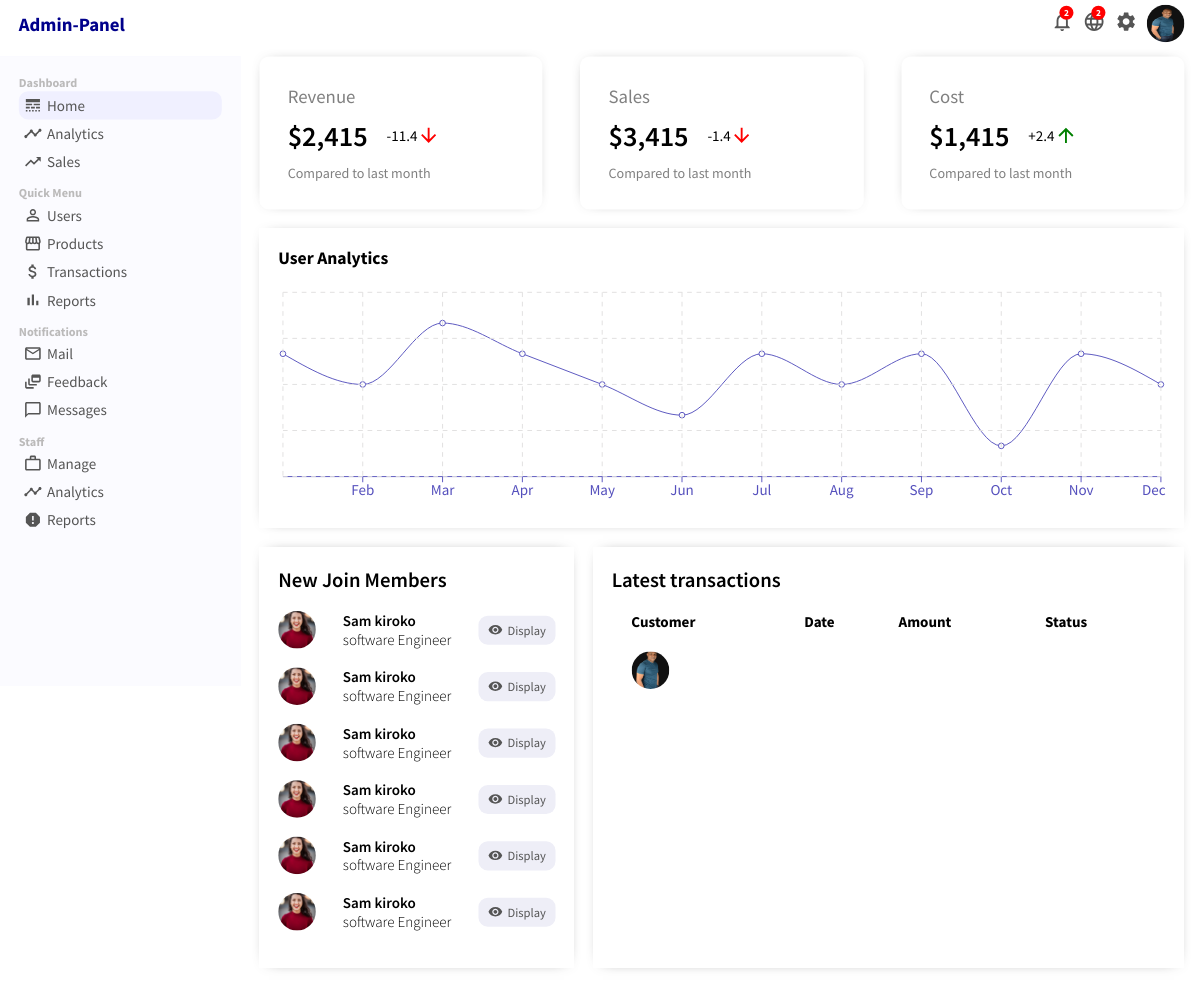
Repository: Samkiroko/admin-panel-ui
Page: /newUser
The author's editor kept a copy of each file at every save. The page is drawn from the files as they stood at one save, then again after the next save.
The browser window is 1280 px wide. The pictures show the whole page, at 94% of full size.
The project was rebuilt for these pictures with package versions that can differ from the ones it lists, and the page was loaded fresh each time.

Above is the page before, as saved 2021-09-22 22:12:30.

### public/index.html
<!DOCTYPE html>
<html lang="en">
  <head>
    <meta charset="utf-8" />

    <meta name="viewport" content="width=device-width, initial-scale=1" />
    <meta name="theme-color" content="#000000" />
    <meta
      name="description"
      content="Web site created using create-react-app"
    />
    <link rel="preconnect" href="https://fonts.googleapis.com" />
    <link rel="preconnect" href="https://fonts.gstatic.com" crossorigin />
    <link
      href="https://fonts.googleapis.com/css2?family=Source+Sans+Pro:wght@200;300;400;600;700;900&display=swap"
      rel="stylesheet"
    />

    <style>
      * {
        font-family: "Source Sans Pro", sans-serif;
        margin: 0;
      }
    </style>
    <title>React admin panel</title>
  </head>

  <body>
    <noscript>You need to enable JavaScript to run this app.</noscript>
    <div id="root"></div>
  </body>
</html>

### src/App.js
import Sidebar from './components/sidebar/Sidebar'
import Topbar from './components/topbar/Topbar'
import './app.css'
import Home from './pages/home/Home'

function App() {
  return (
    <div className='App'>
      <Topbar />
      <div className='container'>
        <Sidebar />
        <Home />
      </div>
    </div>
  )
}

export default App

### src/components/sidebar/Sidebar.js
import {
  LineStyle,
  Timeline,
  TrendingUp,
  PermIdentity,
  Storefront,
  AttachMoney,
  BarChart,
  MailOutline,
  DynamicFeed,
  ChatBubbleOutline,
  WorkOutline,
  Report,
} from '@material-ui/icons'
import React from 'react'
import './sidebar.css'

const Sidebar = () => {
  return (
    <div className='sidebar'>
      <div className='sidebarWrapper'>
        <div className='sidebarMenu'>
          <h3 className='sidebarTitle'>Dashboard</h3>
          <ul className='sidebarList'>
            <li className='sidebarListItem active'>
              <LineStyle className='sidebarIcon' />
              Home
            </li>

            <li className='sidebarListItem'>
              <Timeline className='sidebarIcon' />
              Analytics
            </li>
            <li className='sidebarListItem'>
              <TrendingUp className='sidebarIcon' />
              Sales
            </li>
          </ul>
        </div>
        <div className='sidebarMenu'>
          <h3 className='sidebarTitle'>Quick Menu</h3>
          <ul className='sidebarList'>
            <li className='sidebarListItem'>
              <PermIdentity className='sidebarIcon' />
              Users
            </li>

            <li className='sidebarListItem'>
              <Storefront className='sidebarIcon' />
              Products
            </li>

            <li className='sidebarListItem'>
              <AttachMoney className='sidebarIcon' />
              Transactions
            </li>
            <li className='sidebarListItem'>
              <BarChart className='sidebarIcon' />
              Reports
            </li>
          </ul>
        </div>
        <div className='sidebarMenu'>
          <h3 className='sidebarTitle'>Notifications</h3>
          <ul className='sidebarList'>
            <li className='sidebarListItem'>
              <MailOutline className='sidebarIcon' />
              Mail
            </li>
            <li className='sidebarListItem'>
              <DynamicFeed className='sidebarIcon' />
              Feedback
            </li>
            <li className='sidebarListItem'>
              <ChatBubbleOutline className='sidebarIcon' />
              Messages
            </li>
          </ul>
        </div>
        <div className='sidebarMenu'>
          <h3 className='sidebarTitle'>Staff</h3>
          <ul className='sidebarList'>
            <li className='sidebarListItem'>
              <WorkOutline className='sidebarIcon' />
              Manage
            </li>
            <li className='sidebarListItem'>
              <Timeline className='sidebarIcon' />
              Analytics
            </li>
            <li className='sidebarListItem'>
              <Report className='sidebarIcon' />
              Reports
            </li>
          </ul>
        </div>
      </div>
    </div>
  )
}

export default Sidebar

### src/components/topbar/Topbar.js
import React from 'react'
import './topbar.css'
import { Language, NotificationsNone, Settings } from '@material-ui/icons'
import avatar from '../../images/sam_pic.jpeg'
const Topbar = () => {
  return (
    <div className='topbar'>
      <div className='topbarWrapper'>
        <div className='topLeft'>
          <span className='logo'>Admin-Panel</span>
        </div>
        <div className='topRight'>
          <div className='topbarIconContainer'>
            <NotificationsNone />
            <span className='topIconBadge'>2</span>
          </div>
          <div className='topbarIconContainer'>
            <Language />
            <span className='topIconBadge'>2</span>
          </div>
          <div className='topbarIconContainer'>
            <Settings />
          </div>
          <img src={avatar} alt='avatar' className='topAvatar' />
        </div>
      </div>
    </div>
  )
}

export default Topbar

### src/app.css
.container {
    display: flex;
    margin-top: 10px;
}

.link {
    text-decoration: none;
    color: inherit;
}

### src/pages/home/Home.js
import React from 'react'
import Chart from '../../components/chart/Chart'
import FeatureInfo from '../../components/featuredInfo/FeatureInfo'
import './home.css'
import { userData } from '../../dummyData'
import WidgetLg from '../../components/widgetLg/WidgetLg'
import WidgetSm from '../../components/widgetSm/WidgetSm'

const Home = () => {
  return (
    <div className='home'>
      <FeatureInfo />
      <Chart data={userData} title='User Analytics' grid dataKey='Active User' />
      <div className='homeWidgets'>
        <WidgetSm />
        <WidgetLg />
      </div>
    </div>
  )
}

export default Home

### src/components/sidebar/sidebar.css
.sidebar {
    flex: 1;
    height: calc(100vh - 50px);
    background-color: rgb(251, 251, 255);
    position: sticky;
    top: 50px;
}

.sidebarWrapper {
    padding: 20px;
    color: #555;
}

.sidebarMenu {
    margin-bottom: 10px;
}

.sidebarTitle {
    font-size: 13px;
    color: rgb(187, 186, 186);
}

.sidebarList {
    list-style: none;
    padding: 0;
}

.sidebarListItem {
    padding: 5px;
    cursor: pointer;
    display: flex;
    align-items: center;
    border-radius: 10px;
}

.sidebarListItem.active,
.sidebarListItem:hover {
    background-color: rgb(240, 240, 255);
}

.sidebarIcon {
    margin-right: 5px;
    font-size: 20px !important;
}

### src/components/topbar/topbar.css
.topbar {
    width: 100%;
    height: 50px;
    background-color: white;
    position: sticky;
    top: 0;
    z-index: 999;
}

.topbarWrapper {
    height: 100%;
    padding: 0px 20px;
    display: flex;
    align-items: center;
    justify-content: space-between;
}

.logo {
    font-weight: bold;
    font-size: 20px;
    color: darkblue;
    cursor: pointer;
}

.topbarIconContainer {
    position: relative;
    align-items: center;
    margin-right: 10px;
    color: #555;
}

.topIconBadge {
    width: 15px;
    height: 15px;
    position: absolute;
    top: -5px;
    right: 0px;
    background-color: red;
    color: white;
    border-radius: 50%;
    display: flex;
    align-items: center;
    justify-content: center;
    font-size: 10px;
    font-weight: bold;
}

.topRight {
    display: flex;
    align-items: center;
    cursor: pointer;
}

.topAvatar {
    width: 40px;
    height: 40px;
    border-radius: 50%;
    cursor: pointer;
}

### src/components/chart/Chart.js
import './chart.css'
import { LineChart, Line, XAxis, CartesianGrid, Tooltip, ResponsiveContainer } from 'recharts'

export default function Chart({ title, data, dataKey, grid }) {
  return (
    <div className='chart'>
      <h3 className='chartTitle'>{title}</h3>
      <ResponsiveContainer width='100%' aspect={4 / 1}>
        <LineChart data={data}>
          <XAxis dataKey='name' stroke='#5550bd' />
          <Line type='monotone' dataKey={dataKey} stroke='#5550bd' />
          <Tooltip />
          {grid && <CartesianGrid stroke='#e0dfdf' strokeDasharray='5 5' />}
        </LineChart>
      </ResponsiveContainer>
    </div>
  )
}

### src/components/featuredInfo/FeatureInfo.js
import { ArrowDownward, ArrowUpward } from '@material-ui/icons'
import React from 'react'
import './featureInfo.css'

const FeatureInfo = () => {
  return (
    <div className='featured'>
      <div className='featuredItem'>
        <span className='featuredTitle'>Revenue</span>
        <div className='featuredMoneyContainer'>
          <span className='featuredMoney'>$2,415</span>
          <span className='featuredMoneyRate'>
            -11.4
            <ArrowDownward className='featuredIcon negative' />
          </span>
        </div>
        <span className='featuredSub'>Compared to last month</span>
      </div>
      <div className='featuredItem'>
        <span className='featuredTitle'>Sales</span>
        <div className='featuredMoneyContainer'>
          <span className='featuredMoney'>$3,415</span>
          <span className='featuredMoneyRate'>
            -1.4
            <ArrowDownward className='featuredIcon negative' />
          </span>
        </div>
        <span className='featuredSub'>Compared to last month</span>
      </div>{' '}
      <div className='featuredItem'>
        <span className='featuredTitle'>Cost</span>
        <div className='featuredMoneyContainer'>
          <span className='featuredMoney'>$1,415</span>
          <span className='featuredMoneyRate'>
            +2.4
            <ArrowUpward className='featuredIcon ' />
          </span>
        </div>
        <span className='featuredSub'>Compared to last month</span>
      </div>
    </div>
  )
}

export default FeatureInfo

### src/dummyData.js
export const userData = [
  {
    name: 'Jan',
    'Active User': 4000,
  },
  {
    name: 'Feb',
    'Active User': 3000,
  },
  {
    name: 'Mar',
    'Active User': 5000,
  },
  {
    name: 'Apr',
    'Active User': 4000,
  },
  {
    name: 'May',
    'Active User': 3000,
  },
  {
    name: 'Jun',
    'Active User': 2000,
  },
  {
    name: 'Jul',
    'Active User': 4000,
  },
  {
    name: 'Aug',
    'Active User': 3000,
  },
  {
    name: 'Sep',
    'Active User': 4000,
  },
  {
    name: 'Oct',
    'Active User': 1000,
  },
  {
    name: 'Nov',
    'Active User': 4000,
  },
  {
    name: 'Dec',
    'Active User': 3000,
  },
]

export const productData = [
  {
    name: 'Jan',
    Sales: 4000,
  },
  {
    name: 'Feb',
    Sales: 3000,
  },
  {
    name: 'Mar',
    Sales: 5000,
  },
]

export const userRows = [
  {
    id: 1,
    username: 'Jon Snow',
    avatar: 'https://images.pexels.com/photos/1152994/pexels-photo-1152994.jpeg?auto=compress&cs=tinysrgb&dpr=2&w=500',
    email: 'jon@gmail.com',
    status: 'active',
    transaction: '$120.00',
  },
  {
    id: 2,
    username: 'Jon Snow',
    avatar: 'https://images.pexels.com/photos/1152994/pexels-photo-1152994.jpeg?auto=compress&cs=tinysrgb&dpr=2&w=500',
    email: 'jon@gmail.com',
    status: 'active',
    transaction: '$120.00',
  },
  {
    id: 3,
    username: 'Jon Snow',
    avatar: 'https://images.pexels.com/photos/1152994/pexels-photo-1152994.jpeg?auto=compress&cs=tinysrgb&dpr=2&w=500',
    email: 'jon@gmail.com',
    status: 'active',
    transaction: '$120.00',
  },
  {
    id: 4,
    username: 'Jon Snow',
    avatar: 'https://images.pexels.com/photos/1152994/pexels-photo-1152994.jpeg?auto=compress&cs=tinysrgb&dpr=2&w=500',
    email: 'jon@gmail.com',
    status: 'active',
    transaction: '$120.00',
  },
  {
    id: 5,
    username: 'Jon Snow',
    avatar: 'https://images.pexels.com/photos/1152994/pexels-photo-1152994.jpeg?auto=compress&cs=tinysrgb&dpr=2&w=500',
    email: 'jon@gmail.com',
    status: 'active',
    transaction: '$120.00',
  },
  {
    id: 6,
    username: 'Jon Snow',
    avatar: 'https://images.pexels.com/photos/1152994/pexels-photo-1152994.jpeg?auto=compress&cs=tinysrgb&dpr=2&w=500',
    email: 'jon@gmail.com',
    status: 'active',
    transaction: '$120.00',
  },
  {
    id: 7,
    username: 'Jon Snow',
    avatar: 'https://images.pexels.com/photos/1152994/pexels-photo-1152994.jpeg?auto=compress&cs=tinysrgb&dpr=2&w=500',
    email: 'jon@gmail.com',
    status: 'active',
    transaction: '$120.00',
  },
  {
    id: 8,
    username: 'Jon Snow',
    avatar: 'https://images.pexels.com/photos/1152994/pexels-photo-1152994.jpeg?auto=compress&cs=tinysrgb&dpr=2&w=500',
    email: 'jon@gmail.com',
    status: 'active',
    transaction: '$120.00',
  },
  {
    id: 9,
    username: 'Jon Snow',
    avatar: 'https://images.pexels.com/photos/1152994/pexels-photo-1152994.jpeg?auto=compress&cs=tinysrgb&dpr=2&w=500',
    email: 'jon@gmail.com',
    status: 'active',
    transaction: '$120.00',
  },
  {
    id: 10,
    username: 'Jon Snow',
    avatar: 'https://images.pexels.com/photos/1152994/pexels-photo-1152994.jpeg?auto=compress&cs=tinysrgb&dpr=2&w=500',
    email: 'jon@gmail.com',
    status: 'active',
    transaction: '$120.00',
  },
]

export const productRows = [
  {
    id: 1,
    name: 'Apple Airpods',
    img: 'https://images.pexels.com/photos/7156886/pexels-photo-7156886.jpeg?auto=compress&cs=tinysrgb&dpr=2&w=500',
    stock: 123,
    status: 'active',
    price: '$120.00',
  },
  {
    id: 2,
    name: 'Apple Airpods',
    img: 'https://images.pexels.com/photos/7156886/pexels-photo-7156886.jpeg?auto=compress&cs=tinysrgb&dpr=2&w=500',
    stock: 123,
    status: 'active',
    price: '$120.00',
  },
  {
    id: 3,
    name: 'Apple Airpods',
    img: 'https://images.pexels.com/photos/7156886/pexels-photo-7156886.jpeg?auto=compress&cs=tinysrgb&dpr=2&w=500',
    stock: 123,
    status: 'active',
    price: '$120.00',
  },
  {
    id: 4,
    name: 'Apple Airpods',
    img: 'https://images.pexels.com/photos/7156886/pexels-photo-7156886.jpeg?auto=compress&cs=tinysrgb&dpr=2&w=500',
    stock: 123,
    status: 'active',
    price: '$120.00',
  },
  {
    id: 5,
    name: 'Apple Airpods',
    img: 'https://images.pexels.com/photos/7156886/pexels-photo-7156886.jpeg?auto=compress&cs=tinysrgb&dpr=2&w=500',
    stock: 123,
    status: 'active',
    price: '$120.00',
  },
  {
    id: 6,
    name: 'Apple Airpods',
    img: 'https://images.pexels.com/photos/7156886/pexels-photo-7156886.jpeg?auto=compress&cs=tinysrgb&dpr=2&w=500',
    stock: 123,
    status: 'active',
    price: '$120.00',
  },
  {
    id: 7,
    name: 'Apple Airpods',
    img: 'https://images.pexels.com/photos/7156886/pexels-photo-7156886.jpeg?auto=compress&cs=tinysrgb&dpr=2&w=500',
    stock: 123,
    status: 'active',
    price: '$120.00',
  },
  {
    id: 8,
    name: 'Apple Airpods',
    img: 'https://images.pexels.com/photos/7156886/pexels-photo-7156886.jpeg?auto=compress&cs=tinysrgb&dpr=2&w=500',
    stock: 123,
    status: 'active',
    price: '$120.00',
  },
  {
    id: 9,
    name: 'Apple Airpods',
    img: 'https://images.pexels.com/photos/7156886/pexels-photo-7156886.jpeg?auto=compress&cs=tinysrgb&dpr=2&w=500',
    stock: 123,
    status: 'active',
    price: '$120.00',
  },
  {
    id: 10,
    name: 'Apple Airpods',
    img: 'https://images.pexels.com/photos/7156886/pexels-photo-7156886.jpeg?auto=compress&cs=tinysrgb&dpr=2&w=500',
    stock: 123,
    status: 'active',
    price: '$120.00',
  },
]

### src/components/widgetLg/WidgetLg.js
import React from 'react'
import './widgetLg.css'
import avatar from '../../images/sam_pic.jpeg'

const WidgetLg = () => {
  return (
    <div className='widgetLg'>
      <h3 className='widgetLgTitle'>Latest transactions</h3>
      <table className='widgetLgTable'>
        <tr className='widgetLgTr'>
          <th className='widgetLgTh'>Customer</th>
          <th className='widgetLgTh'>Date</th>
          <th className='widgetLgTh'>Amount</th>
          <th className='widgetLgTh'>Status</th>
        </tr>
        <tr className='widgetLgTr'>
          <td className='widgetLgUser'>
            {' '}
            <img src={avatar} alt='avatar' className=' widgetLgImg' />
          </td>
        </tr>
      </table>
    </div>
  )
}

export default WidgetLg

### src/components/widgetSm/WidgetSm.js
import React from 'react'
import './widgetSm.css'
import avatar from '../../images/avatar2.jpg'
import { Visibility } from '@material-ui/icons'

const WidgetSm = () => {
  return (
    <div className='widgetSm'>
      <span className='widgetSmTitle'>New Join Members</span>
      <ul className='widgetSmList'>
        <li className='widgetSmListItem'>
          <img src={avatar} alt='avatar' className='widgetSmImg' />
          <div className='widgetSmUser'>
            <span className='widgetSmUsername'>Sam kiroko</span>
            <span className='widgetSmUserTitle'>software Engineer</span>
          </div>
          <button className='widgetSmButton'>
            <Visibility className='widgetSmIcon' />
            Display
          </button>
        </li>
        <li className='widgetSmListItem'>
          <img src={avatar} alt='avatar' className='widgetSmImg' />
          <div className='widgetSmUser'>
            <span className='widgetSmUsername'>Sam kiroko</span>
            <span className='widgetSmUserTitle'>software Engineer</span>
          </div>
          <button className='widgetSmButton'>
            <Visibility className='widgetSmIcon' />
            Display
          </button>
        </li>{' '}
        <li className='widgetSmListItem'>
          <img src={avatar} alt='avatar' className='widgetSmImg' />
          <div className='widgetSmUser'>
            <span className='widgetSmUsername'>Sam kiroko</span>
            <span className='widgetSmUserTitle'>software Engineer</span>
          </div>
          <button className='widgetSmButton'>
            <Visibility className='widgetSmIcon' />
            Display
          </button>
        </li>{' '}
        <li className='widgetSmListItem'>
          <img src={avatar} alt='avatar' className='widgetSmImg' />
          <div className='widgetSmUser'>
            <span className='widgetSmUsername'>Sam kiroko</span>
            <span className='widgetSmUserTitle'>software Engineer</span>
          </div>
          <button className='widgetSmButton'>
            <Visibility className='widgetSmIcon' />
            Display
          </button>
        </li>{' '}
        <li className='widgetSmListItem'>
          <img src={avatar} alt='avatar' className='widgetSmImg' />
          <div className='widgetSmUser'>
            <span className='widgetSmUsername'>Sam kiroko</span>
            <span className='widgetSmUserTitle'>software Engineer</span>
          </div>
          <button className='widgetSmButton'>
            <Visibility className='widgetSmIcon' />
            Display
          </button>
        </li>{' '}
        <li className='widgetSmListItem'>
          <img src={avatar} alt='avatar' className='widgetSmImg' />
          <div className='widgetSmUser'>
            <span className='widgetSmUsername'>Sam kiroko</span>
            <span className='widgetSmUserTitle'>software Engineer</span>
          </div>
          <button className='widgetSmButton'>
            <Visibility className='widgetSmIcon' />
            Display
          </button>
        </li>
      </ul>
    </div>
  )
}

export default WidgetSm

### src/components/chart/chart.css
.chart {
    margin: 20px;
    padding: 20px;
    cursor: pointer;
    -webkit-box-shadow: 0px 0px 15px -10px rgba(0, 0, 0, 0.75);
    box-shadow: 0px 0px 15px -10px rgba(0, 0, 0, 0.75);
}

.chartTitle {
    margin-bottom: 20px;
}

### src/components/featuredInfo/featureInfo.css
.featured {
    width: 100%;
    display: flex;
    justify-content: space-between;
}

.featuredItem {
    flex: 1;
    margin: 0px 20px;
    padding: 30px;
    border-radius: 10px;
    cursor: pointer;
    -webkit-box-shadow: 0px 0px 15px -10px rgba(0, 0, 0, 0.75);
    box-shadow: 0px 0px 15px -10px rgba(0, 0, 0, 0.75);
}

.featuredTitle {
    font-size: 20px;
    color: gray;
}

.featuredMoneyContainer {
    margin: 10px 0px;
    display: flex;
    align-items: center;
}

.featuredMoney {
    font-size: 30px;
    font-weight: 600;
}

.featuredMoneyRate {
    display: flex;
    align-items: center;
    margin-left: 20px;
}

.featuredIcon {
    font-size: 14px;
    margin-right: 5px;
    color: green;
}

.featuredIcon.negative {
    color: red;
}

.featuredSub {
    font-size: 15px;
    color: gray;
}

### src/components/widgetLg/widgetLg.css
.widgetLg {
    flex: 2;
    -webkit-box-shadow: 0px 0px 15px -10px rgba(0, 0, 0, 0.75);
    box-shadow: 0px 0px 15px -10px rgba(0, 0, 0, 0.75);
    padding: 20px;
}

.widgetLgTitle {
    font-size: 22px;
    font-weight: 600;
}

.widgetLgTable {
    width: 100%;
    border-spacing: 20px;
}

.widgetLgTh {
    text-align: left;
}

.widgetLgUser {
    display: flex;
    align-items: center;
    font-weight: 600;
}

.widgetLgImg {
    width: 40px;
    height: 40px;
    border-radius: 50%;
    object-fit: cover;
    margin-right: 10px;
}

.widgetLgDate,
.widgetLgAmount {
    font-weight: 300;
}

.widgetLgButton {
    padding: 5px 7px;
    border: none;
    border-radius: 10px;
}

.widgetLgButton.Approved {
    background-color: #e5faf2;
    color: #3bb077;
}

.widgetLgButton.Declined {
    background-color: #fff0f1;
    color: #d95087;
}

.widgetLgButton.Pending {
    background-color: #ebf1fe;
    color: #2a7ade;
}

### src/components/widgetSm/widgetSm.css
.widgetSm {
    flex: 1;
    -webkit-box-shadow: 0px 0px 15px -10px rgba(0, 0, 0, 0.75);
    box-shadow: 0px 0px 15px -10px rgba(0, 0, 0, 0.75);
    padding: 20px;
    margin-right: 20px;
}

.widgetSmTitle {
    font-size: 22px;
    font-weight: 600;
}

.widgetSmImg {
    width: 40px;
    height: 40px;
    border-radius: 50%;
    object-fit: cover;
}

.widgetSmList {
    margin: 0;
    padding: 0;
    list-style: none;
}

.widgetSmListItem {
    display: flex;
    align-items: center;
    justify-content: space-between;
    margin: 20px 0px;
}

.widgetSmUser {
    display: flex;
    flex-direction: column;
}

.widgetSmUsername {
    font-weight: 600;
}

.widgetSmUserTitle {
    font-weight: 300;
}

.widgetSmButton {
    display: flex;
    align-items: center;
    border: none;
    border-radius: 10px;
    padding: 7px 10px;
    background-color: #eeeef7;
    color: #555;
    cursor: pointer;
}

.widgetSmIcon {
    font-size: 16px !important;
    margin-right: 5px;
}

Loaded but not shown: src/index.js (common file); src/index.css (common file); src/pages/home/home.css (common file)

After the next save:
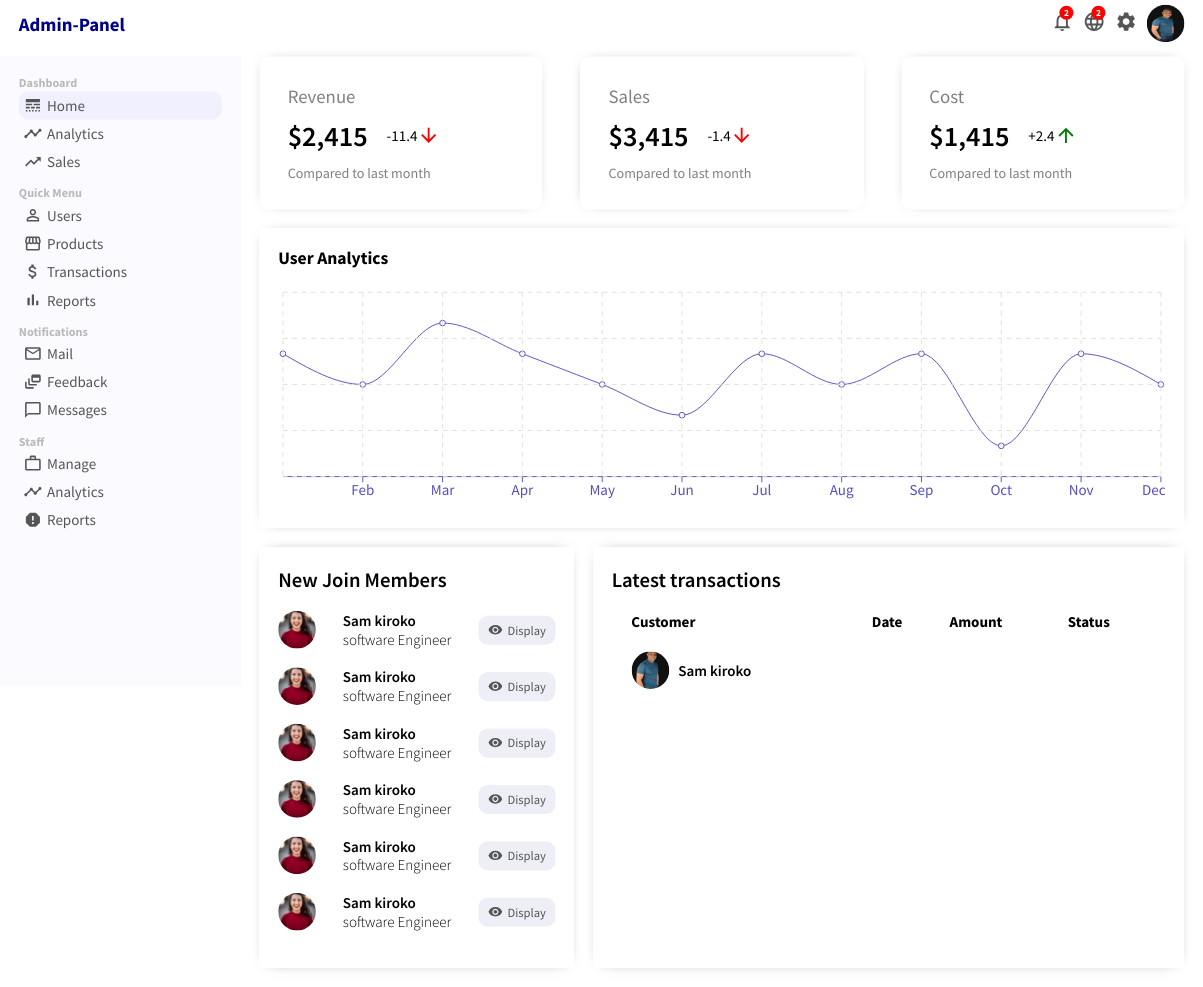
Saved 28 s later.
--- a/src/components/widgetLg/WidgetLg.js
+++ b/src/components/widgetLg/WidgetLg.js
@@ -17,6 +17,7 @@ const WidgetLg = () => {
           <td className='widgetLgUser'>
             {' '}
             <img src={avatar} alt='avatar' className=' widgetLgImg' />
+            <span className='widgetLgName'>Sam kiroko</span>
           </td>
         </tr>
       </table>
